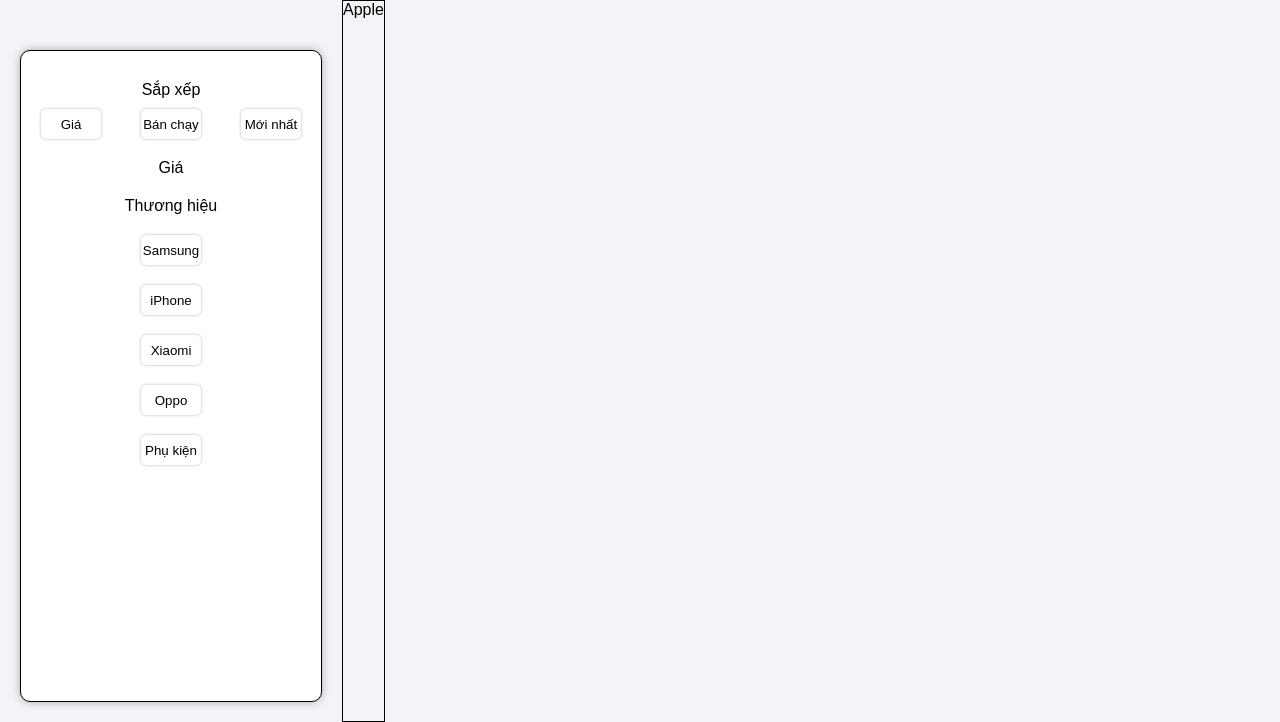
Repository: TrungSonQNIT2k4/ZENTECH
Page: showsp.html
These files come from the project's save history. The page is drawn as it stood at one moment and after a run of saves; the edit follows.
The browser window is 1280 px wide. The pictures show the whole page.
Some web fonts or font styles are not loaded; a fallback is used.

Above is the page before, as saved 2024-11-22 21:46:00.

After the next 2 saves:
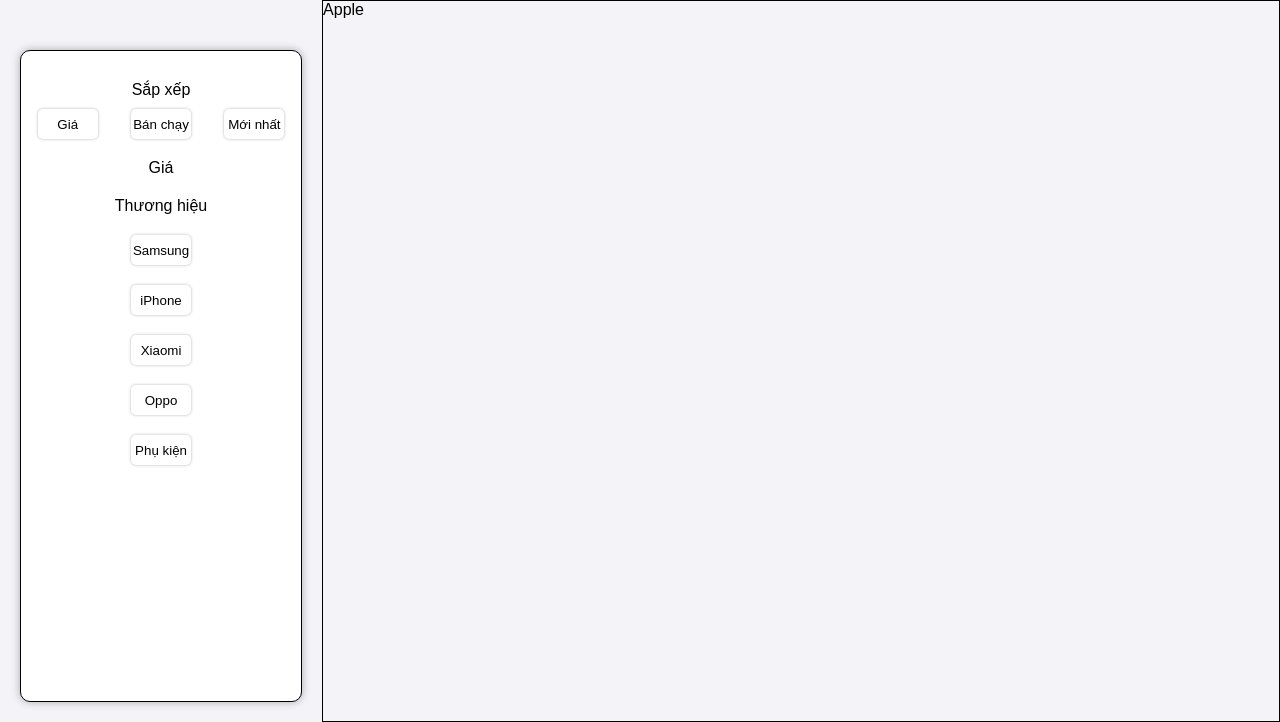
The 2 saves are shown as one change because they came seconds apart.
The last was saved 10 s later.
--- a/style.css
+++ b/style.css
@@ -386,7 +386,7 @@
   color: red;
 }
 .Show_item{
-  width: auto;
+  width: 80%;
   height: auto;
   border: 1px solid;
 }

After the save that followed:
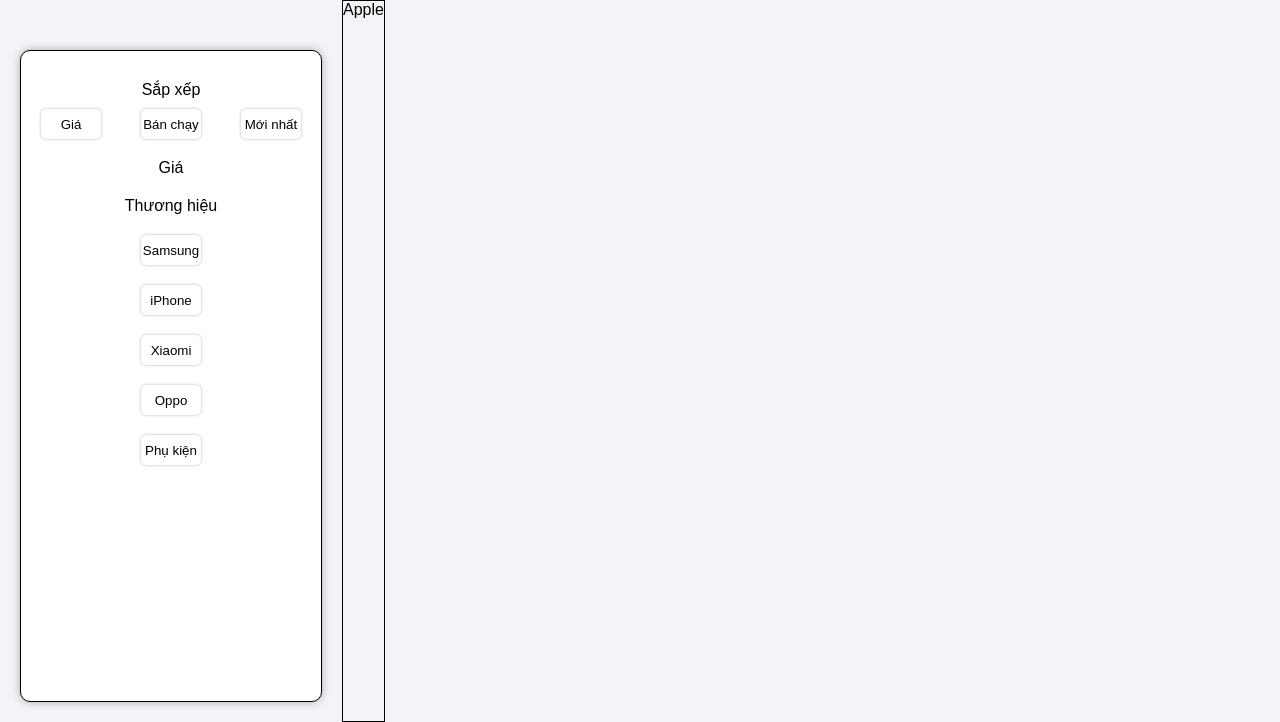
Saved 9 s later.
--- a/style.css
+++ b/style.css
@@ -386,6 +386,7 @@
   color: red;
 }
 .Show_item{
+  ma
   width: 80%;
   height: auto;
   border: 1px solid;
